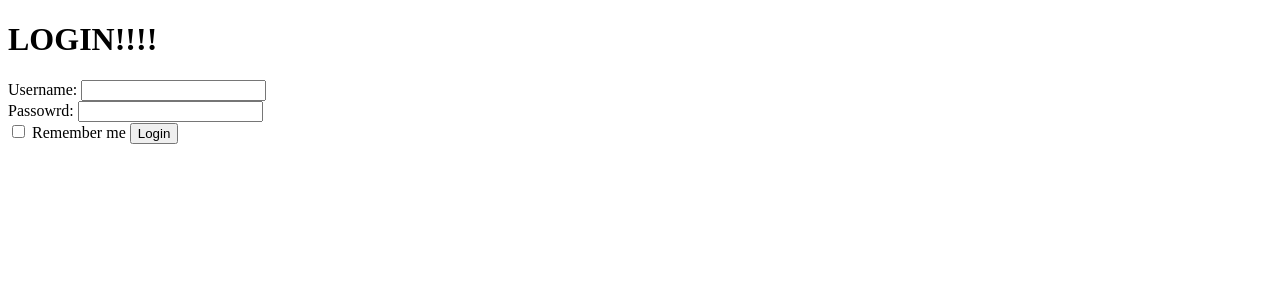
Repository: claudesedillo/WEBAPDE-MP2
Page: MP2 Workplace/WEBAPDE-MP2Q/WebContent/login.html
An editor plug-in stored every save of this project. The page is shown before and after the next save, followed by the edit.
The browser window is 1280 px wide. The pictures show the whole page.

Above is the page before, as saved 2017-07-22 08:05:40.

### MP2 Workplace/WEBAPDE-MP2Q/WebContent/login.html
<!DOCTYPE html>
<html>
<head>
<meta charset="ISO-8859-1">
<title>Insert title here</title>
</head>
<body>
	<h1>LOGIN!!!!</h1>
	<!-- Login (testing), replace this with the real login.html -->
	<form action="login" method="POST">
		Username: <input type="text" name="username"><br>
		Passowrd: <input type="password" name="password"><br>
		<input type="checkbox"> <span>Remember me</span>
		<input type="submit" value="Login">
	</form>
</body>
</html>

After the next save:
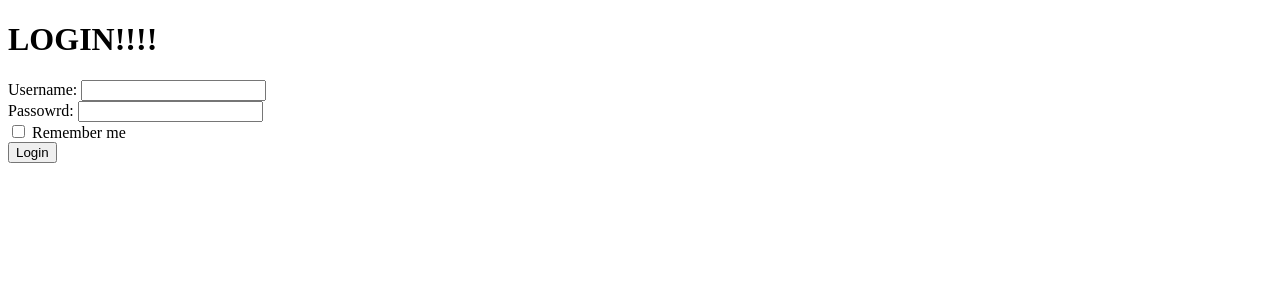
Saved 6 s later.
--- a/MP2 Workplace/WEBAPDE-MP2Q/WebContent/login.html
+++ b/MP2 Workplace/WEBAPDE-MP2Q/WebContent/login.html
@@ -10,7 +10,7 @@
 	<form action="login" method="POST">
 		Username: <input type="text" name="username"><br>
 		Passowrd: <input type="password" name="password"><br>
-		<input type="checkbox"> <span>Remember me</span>
+		<input type="checkbox"> <span>Remember me</span><br>
 		<input type="submit" value="Login">
 	</form>
 </body>
